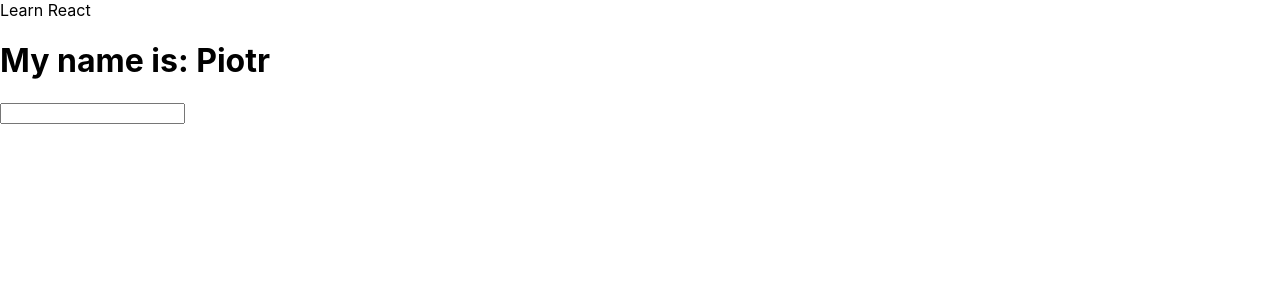
Repository: Piterwk1/Trening-react
Page: /
An editor plug-in stored every save of this project. The page is shown before and after the next save, followed by the edit.
The browser window is 1280 px wide. The pictures show the whole page.
The project was rebuilt for these pictures with package versions that can differ from the ones it lists, and the page was loaded fresh each time.

Above is the page before, as saved 2021-02-09 10:25:00.

### src/index.js
import React from 'react';
import ReactDOM from 'react-dom';
import './index.css';
import App from './App';
import reportWebVitals from './reportWebVitals';

ReactDOM.render(
  <React.StrictMode>
    <App />
  </React.StrictMode>,
  document.getElementById('root')
);

// If you want to start measuring performance in your app, pass a function
// to log results (for example: reportWebVitals(console.log))
// or send to an analytics endpoint. Learn more: https://bit.ly/CRA-vitals

### src/App.js
import { useState } from 'react';

function App() {
  // state = {
  //   name: 'Piotr',
  //   age: 41,
  // };

  const [name, setName] = useState('Piotr');
  const [age, setAge] = useState(41);

  const handleChange = (e) => setName(e.target.value);

  const handleSubmit = (e) => {
    e.preventDefault();
    console.log(name);
  };

  return (
    <div className="App">
      <header className="App-header">
        Learn React
        <div className="app-content">
          <h1>My name is: {name}</h1>
          <form onSubmit={handleSubmit}>
            <input type="text" onChange={handleChange} />
            {/* <button >Submit</button> */}
          </form>
        </div>
      </header>
    </div>
  );
}

export default App;

Loaded but not shown: public/index.html (common file); src/index.css (common file); src/reportWebVitals.js (common file)

After the next save:
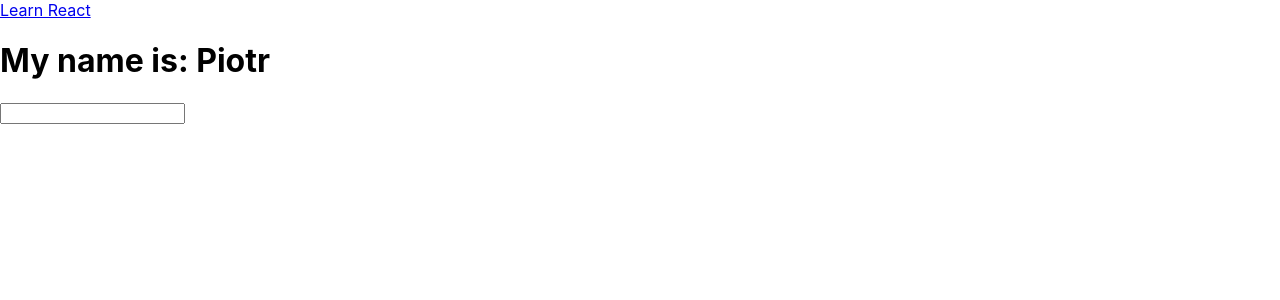
Saved 43 s later.
--- a/src/App.js
+++ b/src/App.js
@@ -19,7 +19,14 @@ function App() {
   return (
     <div className="App">
       <header className="App-header">
-        Learn React
+        <a
+          className="App-link"
+          href="https://reactjs.org"
+          target="_blank"
+          rel="noopener noreferrer"
+        >
+          Learn React
+        </a>
         <div className="app-content">
           <h1>My name is: {name}</h1>
           <form onSubmit={handleSubmit}>
